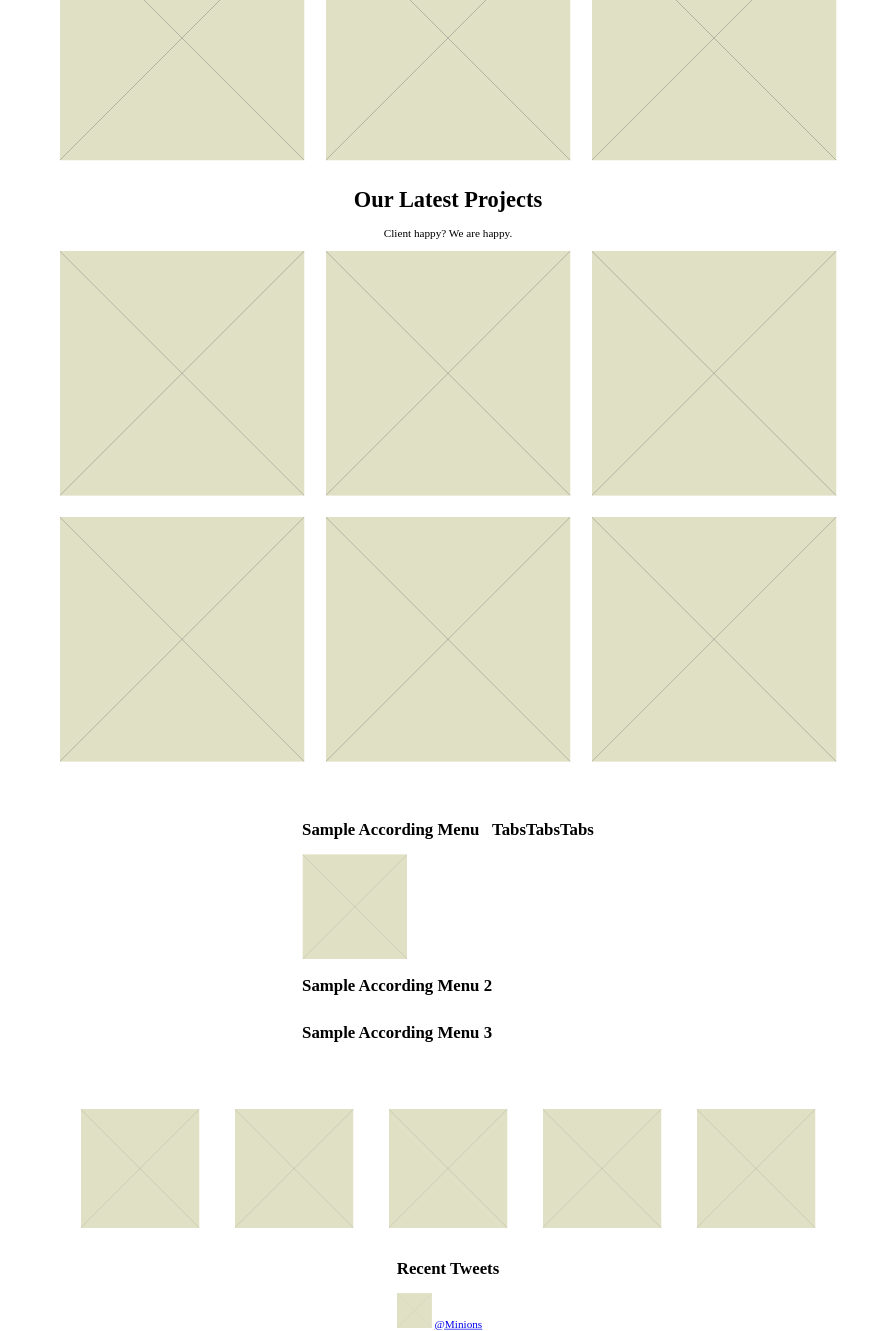
Repository: ReallyNguyen/responsive-web
Page: index.html
The author's editor kept a copy of each file at every save. The page is drawn from the files as they stood at one save, then again after the next save.
The browser window is 1280 px wide. The pictures show the part of the page from y = 685 to 2605 px (the page is 2587 px tall before and 2605 px after), at 70% of full size.

Above is the page before, as saved 2023-01-25 21:35:47.

### index.html
<!doctype html>
<html class="no-js" lang="">

<head>
  <meta charset="utf-8">
  <title></title>
  <meta name="description" content="">
  <meta name="viewport" content="width=device-width, initial-scale=1">

  <meta property="og:title" content="">
  <meta property="og:type" content="">
  <meta property="og:url" content="">
  <meta property="og:image" content="">

  <link rel="manifest" href="site.webmanifest">
  <link rel="apple-touch-icon" href="icon.png">
  <!-- Place favicon.ico in the root directory -->

  <link rel="stylesheet" href="css/normalize.css">
  <link rel="stylesheet" href="css/main.css">

  <meta name="theme-color" content="#fafafa">
</head>

<body>
  <header>
    <div class="nav-bar">
      <h1 class="company-name" >Metrolics</h1>
      <img class="logo" src="placeholder.svg" alt="company logo" width="50" height="50">
      <img class="accordian" src="placeholder.svg" alt="accordian here" width="50" height="50">

    </div>

    <div class="introduction">
      <h1> Hey guys! This is the Metrolics theme. It sports a responsive layout with a mobile layout.</h1>
    </div>


  </header>



  <article>

    <div class="Title">
      <h1>
        Things we do
      </h1>
      <p>
        ask what we do
      </p>
    </div>

    <main>

      <div class="Contents">
        <div class="Content">
          <img src="placeholder.svg" alt="" width="50" height="50">
          <div class="Description">
            <h4 class="topic">
              Web Solution
            </h4>
            <p> ajisdjsad</p>
          </div>
        </div>

        <div class="Content">
          <img src="placeholder.svg" alt="" width="50" height="50">
          <div class="Description">
            <h4 class="topic">
              Photography
            </h4>
            <p> ajisdjsad</p>
          </div>
        </div>

        <div class="Content">
          <img src="placeholder.svg" alt="" width="50" height="50">
          <div class="Description">
            <h4 class="topic">
              Web Development
            </h4>
            <p> ajisdjsad</p>
          </div>
        </div>

        <div class="Content">
          <img src="placeholder.svg" alt="" width="50" height="50">
          <div class="Description">
            <h4 class="topic">
              Web Design
            </h4>
            <p> ajisdjsad</p>
          </div>
        </div>



      </div>

      <div class="whats_up_lately">

        <div class="Title">
          <h1>
            What's up lately?
          </h1>
          <p>
            Read up on our latest work
          </p>
        </div>

        <div class="Boxes">
          <img class="Sample" src="placeholder.svg" alt="" width="360" height="360">
          <img class="Sample" src="placeholder.svg" alt="" width="360" height="360">
          <img class="Sample" src="placeholder.svg" alt="" width="360" height="360">
        </div>
      </div>

      <div class="our_latest_projects">

        <div class="Title">
          <h1>
            Our Latest Projects
          </h1>
          <p>
            Client happy? We are happy.
          </p>
        </div>

        <div class="Boxes">
          <img class="Sample" src="placeholder.svg" alt="">
          <img class="Sample" src="placeholder.svg" alt="">
          <img class="Sample" src="placeholder.svg" alt="">
          <img class="Sample" src="placeholder.svg" alt="">
          <img class="Sample" src="placeholder.svg" alt="">
          <img class="Sample" src="placeholder.svg" alt="">
        </div>
      </div>

      <div class="Bottom">
        <div class="Menu">
          <div class="Menu1">
            <h2>Sample According Menu</h2>
            <div class="Desc-Menu1"></div>
            <img src="placeholder.svg" alt="" width="150" height="150">
          </div>
          <h2>Sample According Menu 2</h2>
          <h2>Sample According Menu 3</h2>
        </div>
        <div class="Tabs">
          <h2>Tabs</h2>
          <h2>Tabs</h2>
          <h2>Tabs</h2>
        </div>
      </div>

      <div class="Companies">
        <img class="Companies-Logo" src="placeholder.svg" alt="">
        <img class="Companies-Logo" src="placeholder.svg" alt="">
        <img class="Companies-Logo" src="placeholder.svg" alt="">
        <img class="Companies-Logo" src="placeholder.svg" alt="">
        <img class="Companies-Logo" src="placeholder.svg" alt="">
      </div>

      <div class="recent-tweets">
        <h2> Recent Tweets </h2>
        <div class="social-box">
          <img src="placeholder.svg" alt="" width="50" height="50">
          <a href="url"> @Minions </a>
        </div>
      </div>

    </main>



  </article>
</body>

</html>

### css/main.css
.nav-bar {
  display: flex;
  flex-direction: row;
  justify-content: center;
  margin: 50px;
}

.introduction {
  display: flex;
  justify-content: center;
}

article>div {
  margin: 15px;
}

.Title {
  display: flex;
  flex-direction: column;
  text-align: center;
  margin-top: 0;
}

main {
  display: flex;
  flex-direction: column;
  align-items: center;
}


.topic {
  margin: 0;
}

p {
  margin: 0px;
}

.Contents {
  display: flex;
  flex-direction: row;
}

.Content {
  display: flex;
  flex-direction: row;
  margin: 15px;
}

.Boxes {
  display: flex;
  display: flex;
  flex-wrap: wrap;
  justify-content: center;
}

.Sample {
  margin: 15px;
  width: 350px;
  height: 350px;
}

.Bottom {
  display: flex;
  flex-direction: row;
  margin: 50px;
}

.Menu {
  display: flex;
  flex-direction: column;
}

.Tabs {
  display: flex;
  flex-direction: row;
}

.Companies {
  display: flex;
  flex-direction: row;
}

.Companies-Logo {
  width: 170px;
  height: 170px;
  margin: 25px;
}

/* Small only */
@media screen and (max-width: 39.9375em) {
  header {
    display: flex;
    flex-direction: column;
    text-align: center;
    margin: 15px;
    font-size: 10px;
  }
}

/* Medium and up */
@media screen and (min-width: 40em) {
  h1 br {
    display: none;
  }

}

/* Medium only */
@media screen and (min-width: 40em) and (max-width: 63.9375em) {}

/* Large and up */
@media screen and (min-width: 64em) {}

/* Large only */
@media screen and (min-width: 64em) and (max-width: 74.9375em) {}

Loaded but not shown: css/normalize.css (library)

After the next save:
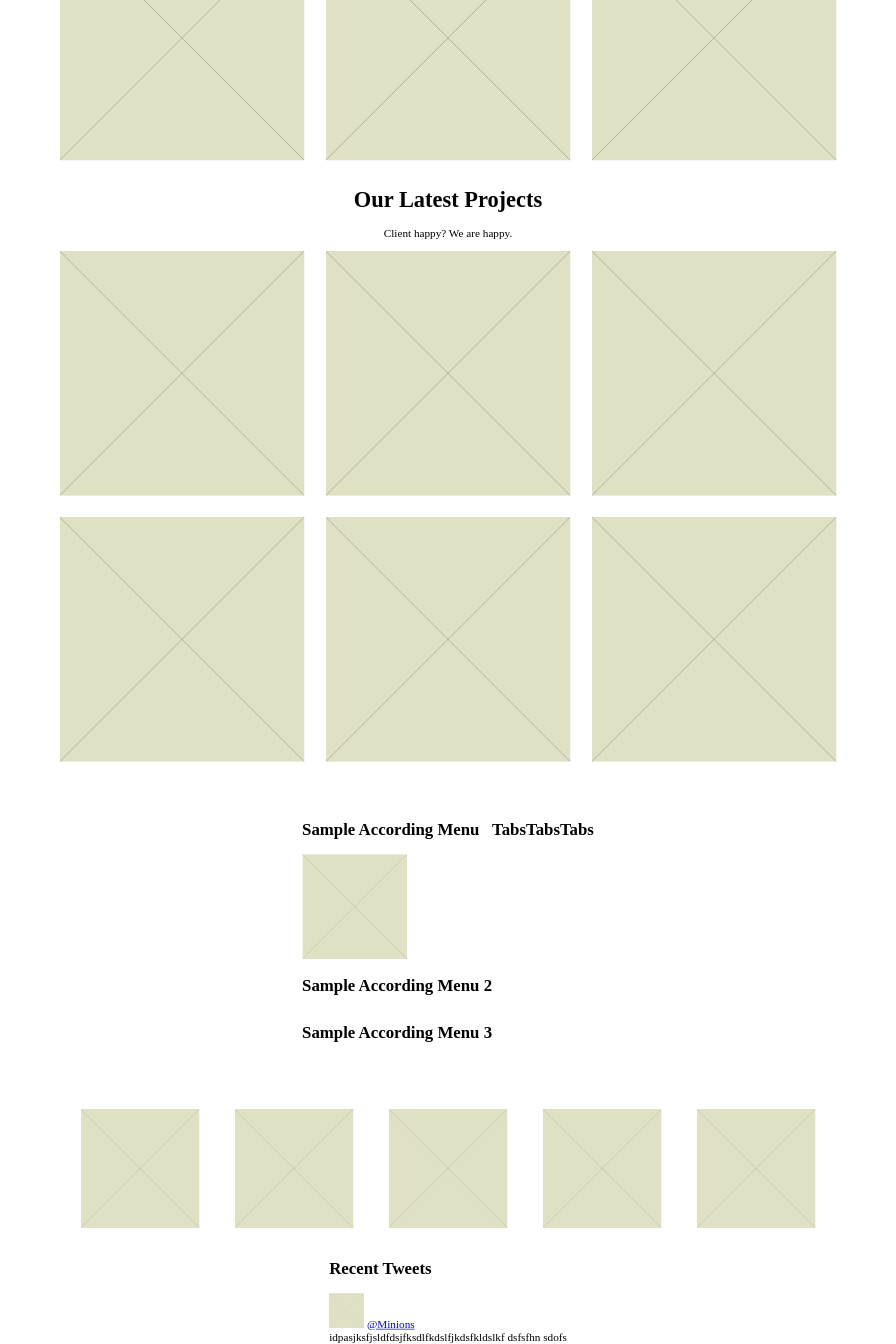
Saved 25 s later.
--- a/index.html
+++ b/index.html
@@ -167,6 +167,7 @@
         <div class="social-box">
           <img src="placeholder.svg" alt="" width="50" height="50">
           <a href="url"> @Minions </a>
+          <p> idpasjksfjsldfdsjfksdlfkdslfjkdsfkldslkf dsfsfhn sdofs </p>
         </div>
       </div>
 
